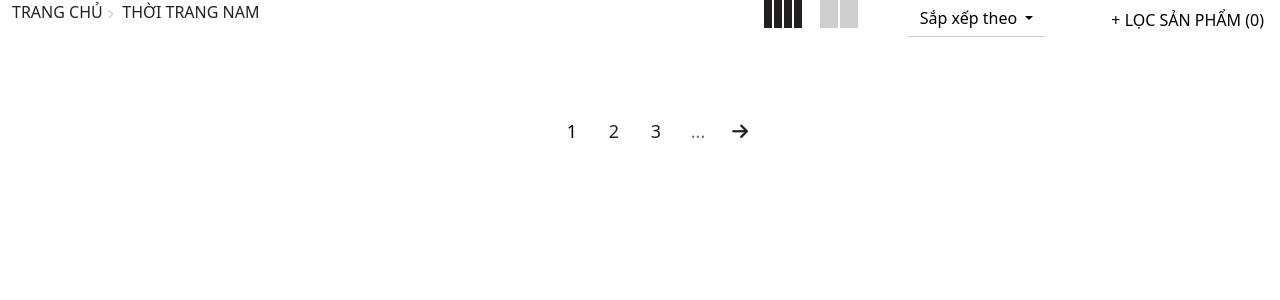
Repository: NguyenQuangQuan021099/FE_Page-Male
Page: index.html
These files come from the project's save history. The page is drawn as it stood at one moment and after a run of saves; the edit follows.
The browser window is 1280 px wide. The pictures show the whole page.
The page's requests for data from a server got no answer. Some web libraries are served in a nearby version.

Above is the page before, as saved 2021-07-06 17:05:51.

After the next 2 saves:
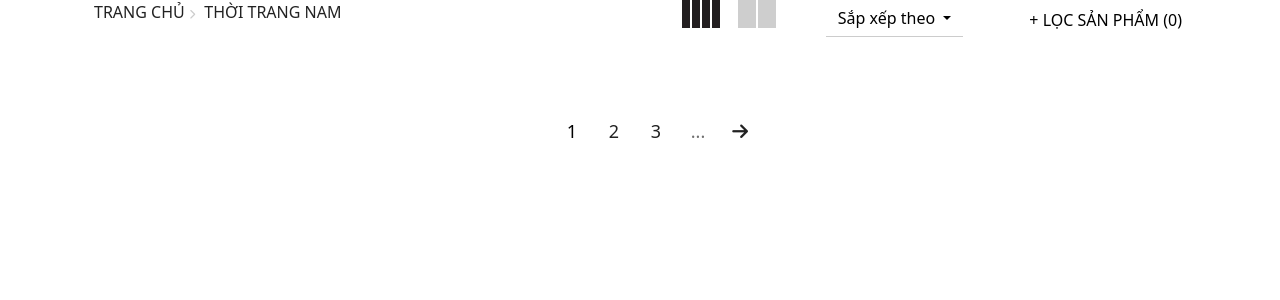
The 2 saves are shown as one change because they came seconds apart.
The last was saved 10 s later.
--- a/index.html
+++ b/index.html
@@ -11,7 +11,7 @@
     <title>Trang Nam</title>
 </head>
 <body>
-<div class="container"></div>
+<div class="container">
 <!-- -------------------------Begin Nav-------------------------------------------------- -->
 <div class="category__product__action d-flex justify-content-end ">
     <div class="breadcrumbs">
@@ -130,6 +130,7 @@
   </ul>
 </div>
 <!-- -------------End pagination ---------------------->
+</div>
     <script src="./app.js"></script>
     <script src="https://cdn.jsdelivr.net/npm/@popperjs/core@2.9.2/dist/umd/popper.min.js" integrity="sha384-IQsoLXl5PILFhosVNubq5LC7Qb9DXgDA9i+tQ8Zj3iwWAwPtgFTxbJ8NT4GN1R8p" crossorigin="anonymous"></script>
     <script src="https://cdn.jsdelivr.net/npm/bootstrap@5.0.1/dist/js/bootstrap.min.js" integrity="sha384-Atwg2Pkwv9vp0ygtn1JAojH0nYbwNJLPhwyoVbhoPwBhjQPR5VtM2+xf0Uwh9KtT" crossorigin="anonymous"></script>

After the 2 saves that followed:
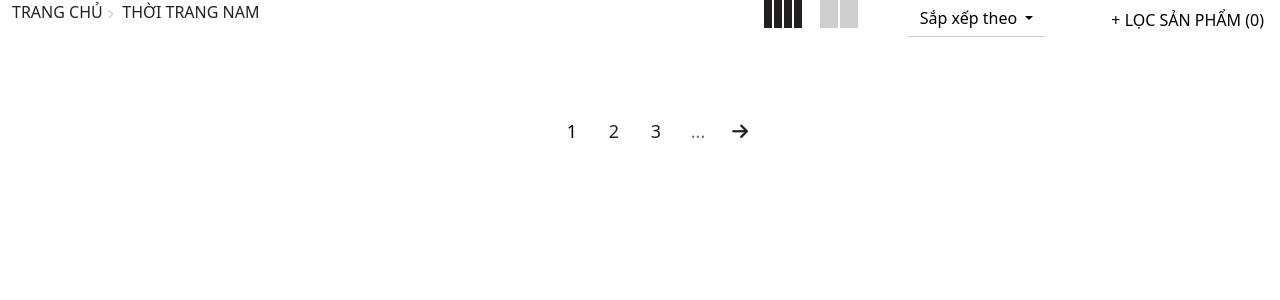
The 2 saves are shown as one change because they came seconds apart.
The last was saved 6 s later.
--- a/index.html
+++ b/index.html
@@ -11,7 +11,7 @@
     <title>Trang Nam</title>
 </head>
 <body>
-<div class="container">
+<div class=".container-fluid">
 <!-- -------------------------Begin Nav-------------------------------------------------- -->
 <div class="category__product__action d-flex justify-content-end ">
     <div class="breadcrumbs">
